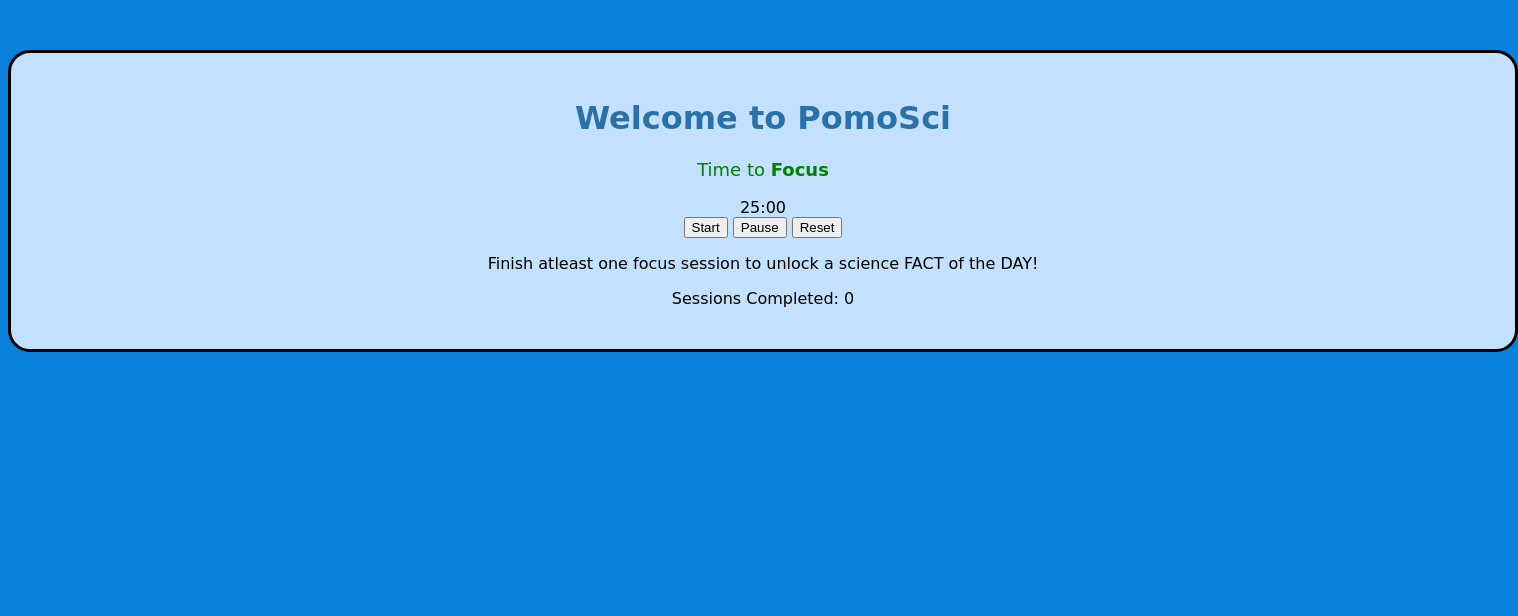
Repository: manayparikh1/Pomosci
Page: index.html
The author's editor kept a copy of each file at every save. The page is drawn from the files as they stood at one save, then again after the next save.
The browser window is 1280 px wide. The page is 1518 px wide, so the pictures cover 1518 px, including what lies to the right of the window. The pictures show the whole page.

Above is the page before, as saved 2026-11-13 13:20:05.

After the next save:
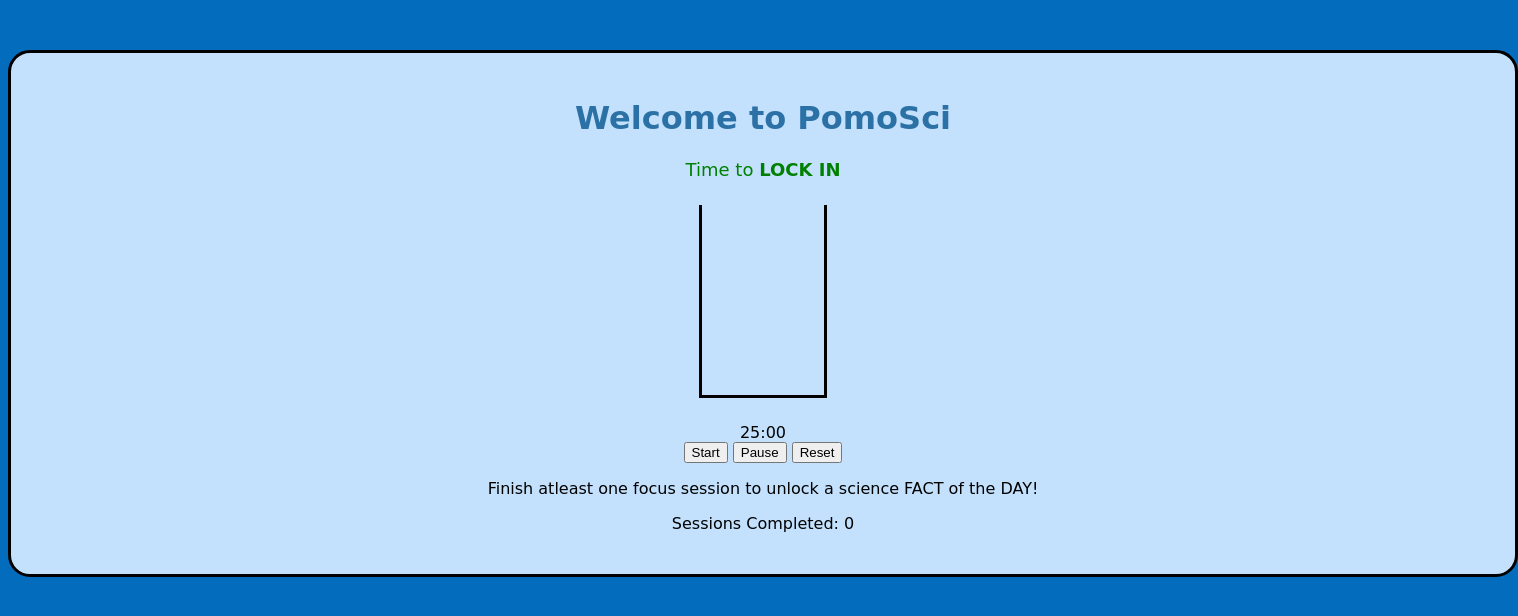
Saved 4 min 3 s later.
--- a/index.html
+++ b/index.html
@@ -12,7 +12,7 @@
         <!-- ======== HTML ======== -->
         <div class="lab_sci">
             <h1>Welcome to PomoSci</h1>
-            <p id="mode">Time to <strong>Focus</strong></p>
+            <p id="mode">Time to <strong>LOCK IN</strong></p>
 
             <div class="beaker is paused" id="beaker">
                 <div id="liquid">
@@ -35,7 +35,7 @@
             <style>
                 body {
                     font-family: Comic Sans MS, Comic Sans, cursive;
-                    background-color: rgb(9, 128, 219);
+                    background-color: rgb(4, 108, 188);
                     text-align: center;
                 }
 
@@ -56,3 +56,12 @@
                     color: green;
                     font-size: 18px;
                 }
+
+                .beaker {
+                    width: 122px;
+                    height: 190px;
+                    margin: 25px auto;
+                    border: 3px solid black;
+                    border-top: none;
+                    position: relative;
+                }
